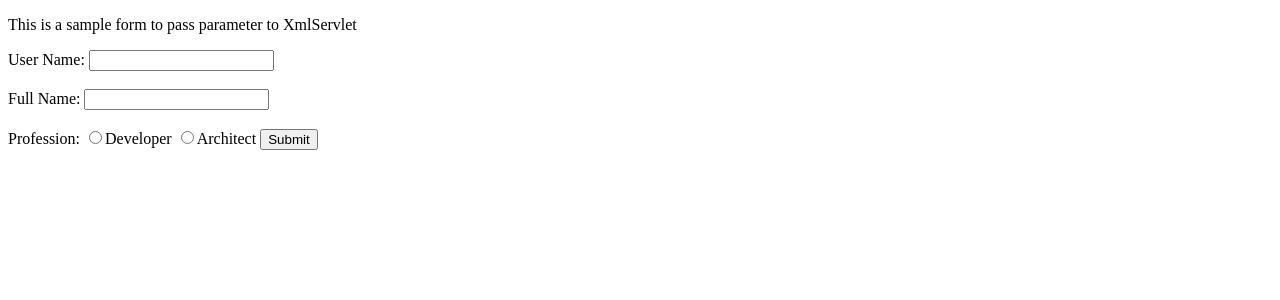
Repository: baijuachari/Servlet-JSPs
Page: SimpleServlet/WebContent/SampleForm.html
These files come from the project's save history. The page is drawn as it stood at one moment and after the next save; the edit follows.
The browser window is 1280 px wide. The pictures show the whole page.

Above is the page before, as saved 2016-07-10 20:57:35.

### SimpleServlet/WebContent/SampleForm.html
<!DOCTYPE html>
<html>
<head>
<meta charset="ISO-8859-1">
<title>Simple Form to pass parameter to servlet</title>
</head>
<body>
	<form method="post" action="xmlServletPath">
		<p>This is a sample form to pass parameter to XmlServlet</p>
		User Name: <input name="userName" />
		<br><br>
		Full Name: <input name="fullName" />
		<br><br>
		Profession:
		<input type="radio" name="prof" value="Developer">Developer </input>
		<input type="radio" name="prof" value="Architect">Architect </input>
		<input type="submit" />
	</form>
</body>
</html>

After the next save:
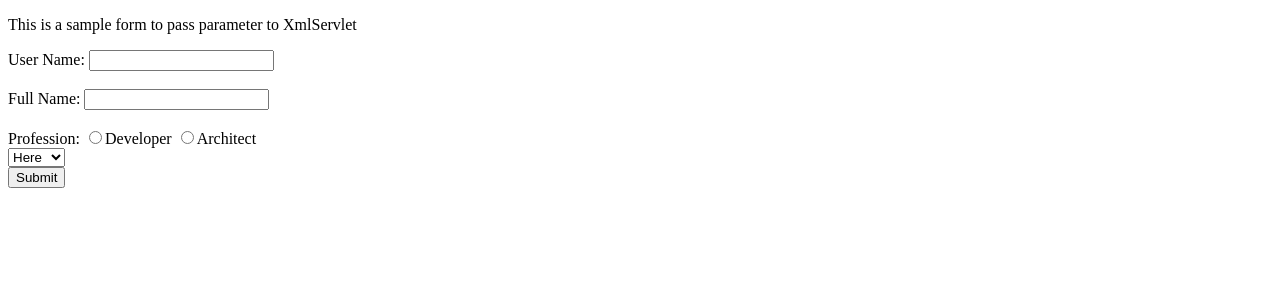
Saved 5 min 29 s later.
--- a/SimpleServlet/WebContent/SampleForm.html
+++ b/SimpleServlet/WebContent/SampleForm.html
@@ -14,6 +14,12 @@
 		Profession:
 		<input type="radio" name="prof" value="Developer">Developer </input>
 		<input type="radio" name="prof" value="Architect">Architect </input>
+		<br>
+		<select name="Location">
+			<option value="here">Here</option>
+			<option value="there">There</option>
+		</select>
+		<br>
 		<input type="submit" />
 	</form>
 </body>
